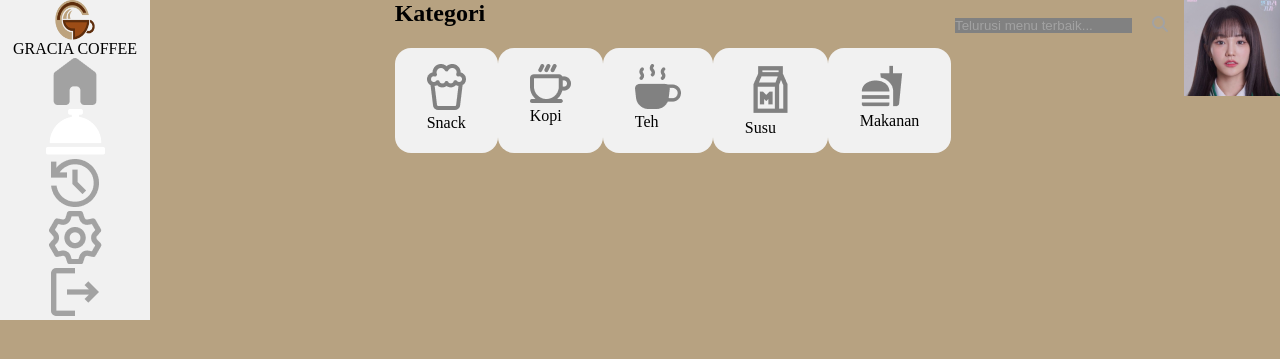
Repository: DanielChuaaa/sbd2
Page: index.html
The author's editor kept a copy of each file at every save. The page is drawn from the files as they stood at one save, then again after the next save.
The browser window is 1280 px wide. The pictures show the whole page.
Some web libraries are served in a nearby version.

Above is the page before, as saved 2023-10-20 10:45:49.

### index.html
<!DOCTYPE html>
<html lang="en">
<head>
    <meta charset="UTF-8">
    <meta name="viewport" content="width=device-width, initial-scale=1.0">
    <title>Document</title>
    <link href="https://fonts.googleapis.com/css2?family=Roboto+Mono:wght@400;600;700&display=swap" rel="stylesheet" />
    <link
      rel="stylesheet"
      href="https://cdnjs.cloudflare.com/ajax/libs/font-awesome/6.1.2/css/all.min.css"
      integrity="sha512-1sCRPdkRXhBV2PBLUdRb4tMg1w2YPf37qatUFeS7zlBy7jJI8Lf4VHwWfZZfpXtYSLy85pkm9GaYVYMfw5BC1A=="
      crossorigin="anonymous"
      referrerpolicy="no-referrer"
    />
    <link rel="stylesheet" href="style.css">
</head>
<body>
    <div class="container">
        <div class="grid-wrapper">
            <div class="icon">
                <img src="/assets/logo projek SBD 1.png" width="40px" height="40px" alt="logo">
                <p>GRACIA COFFEE</p>
                <a href="#"><img src="./assets/home.png" alt="home"></a>
                <a href="#"><img src="./assets/menu.png" alt="menu"></a>
                <a href="#"><img src="./assets/history.png" alt="history"></a>
                <a href="#"><img src="./assets/setting.png" alt="setting"></a>

                <a href="#"><img src="./assets/logout.png" alt="logout"></a>
            </div>

            <div class="content">
                <div class="nav">
                    <h2>Kategori</h2>
                    <div class="inputWrapper">
                        <input type="text" name="text" id="text" class="input" placeholder="Telurusi menu terbaik...">
                        <i class="fa-solid fa-magnifying-glass"></i>
                    </div>
                </div>

                <div class="menu">
                    <div class="iconMenu"><a href="#"><img src="./assets/popcorn.png" alt="popcorn"></a>
                        <p>Snack</p>
                    </div>
                    <div class="iconMenu"><a href="#"><img src="./assets/kopi.png" alt="kopi"></a>
                        <p>Kopi</p>
                    </div>
                    <div class="iconMenu"><a href="#"><img src="./assets/teh.png" alt="teh"></a>
                        <p>Teh</p>
                    </div>
                    <div class="iconMenu"><a href="#"><img src="./assets/susu.png" alt="susu"></a>
                        <p>Susu</p>
                    </div>
                    <div class="iconMenu"><a href="#"><img src="./assets/makanan.png" alt="makanan"></a>
                        <p>Makanan</p>
                    </div>
                </div>
            </div>

            <div class="order">
                <img src="/assets/g_8___8_idola_cantik_berbakat_alumni_sm_entertainment_yang_sudah_debut_di_girlgroup_agensi_lain_p_eks_sm_trainee-20220408-001-non_fotografer_kly 1.png" alt="">
            </div>
        </div>
    </div>
</body>
</html>

### style.css
:root{
    --clr-primary-100: #B7A281;

    --clr-neutral-100: #818181;
    --clr-neutral-200: #A2A2A2;
    --clr-neutral-300: #D9D9D9;
    --clr-neutral-400: #F8F8F8;
    --clr-neutral-500:  #f1f1f1;

    --ff: "Roboto Mono", monospace;

    --fw-regular: 400;
    --fw-semi-bold: 600;
    --fw-bold: 700;
}

*{
    box-sizing: border-box;
    margin: 0;
    padding: 0;
}

body{
    background-color: #B7A281;
}

.grid-wrapper{
    display: grid;
    grid-template-columns: 0.5fr 1fr auto;
}

.icon{
    background: var(--clr-neutral-500);

    display: flex;
    flex-direction: column;

    align-items: center;
    max-width: 150px;
}

.fa-solid{
    color: var(--clr-neutral-200);
    padding: 1rem;
}


/* content */

.nav{
    display: flex;
    justify-content: space-between;
}

.input{
    background: var(--clr-neutral-100);

    border: none;

}

::placeholder{
    color: var(--clr-neutral-200);
}

.menu{
    display: flex;

}

.iconMenu{
    background: var(--clr-neutral-500);

    padding: 1rem 2rem;
    border-radius: 1rem;
}

After the next save:
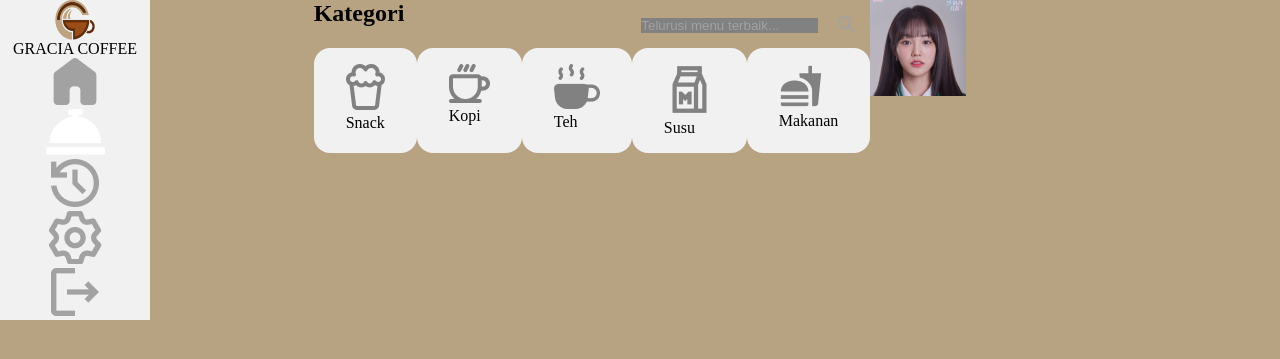
Saved 5 s later.
--- a/style.css
+++ b/style.css
@@ -26,7 +26,7 @@ body{
 
 .grid-wrapper{
     display: grid;
-    grid-template-columns: 0.5fr 1fr auto;
+    grid-template-columns: 0.5fr 0.1fr auto;
 }
 
 .icon{
